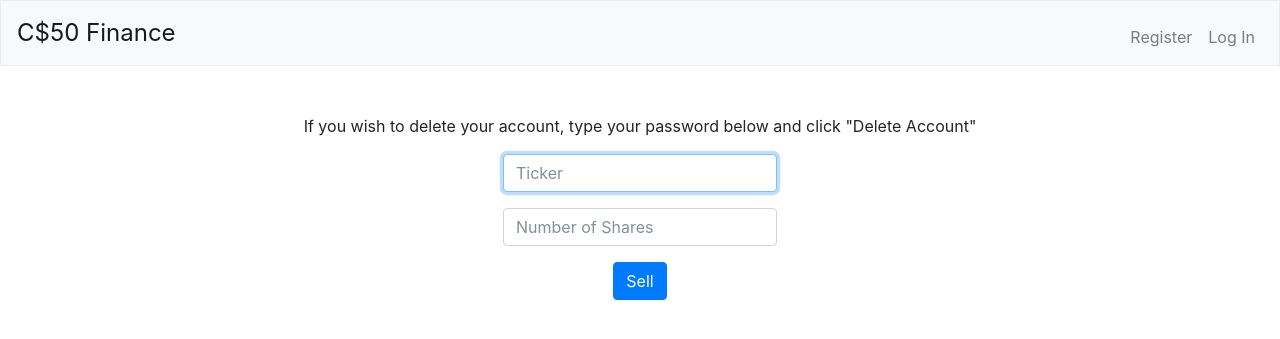
Repository: dillon/cs50
Page: pset7/finance/templates/account.html
The author's editor kept a record of every edit. The page is drawn from the files as they stood at one moment, then again after the next edit.
The browser window is 1280 px wide. The pictures show the whole page.
Some web libraries are served in a nearby version. The template is drawn by Flask 3. The application's start-up code is not run. The template is opened directly, without the code that normally fills it, so the values that code supplies are empty.

Above is the page before.

After the next edit:
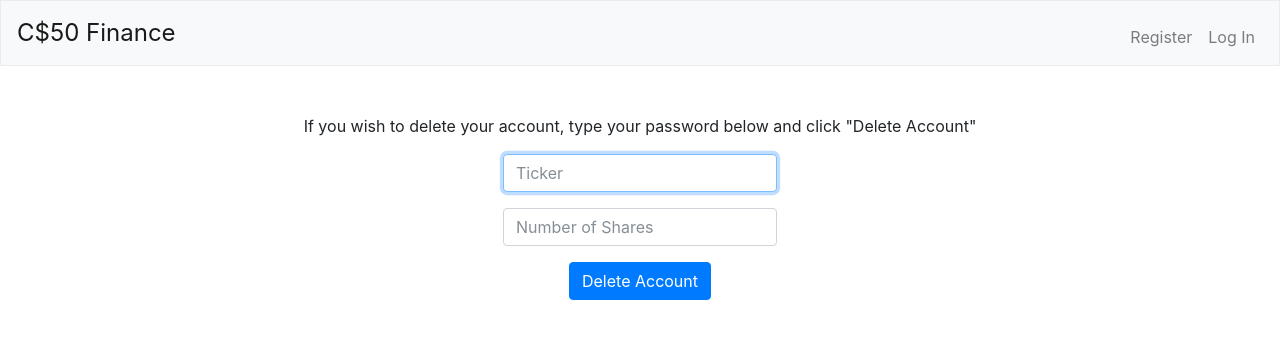
The edit:
--- a/pset7/finance/templates/account.html
+++ b/pset7/finance/templates/account.html
@@ -13,6 +13,6 @@
         <div class="form-group">
             <input autocomplete="off" autofocus class="form-control" name="shares" placeholder="Number of Shares" type="number"/>
         </div>
-        <button class="btn btn-primary" type="submit">Sell</button>
+        <button class="btn btn-primary" type="submit">Delete Account</button>
     </form>
 {% endblock %}
